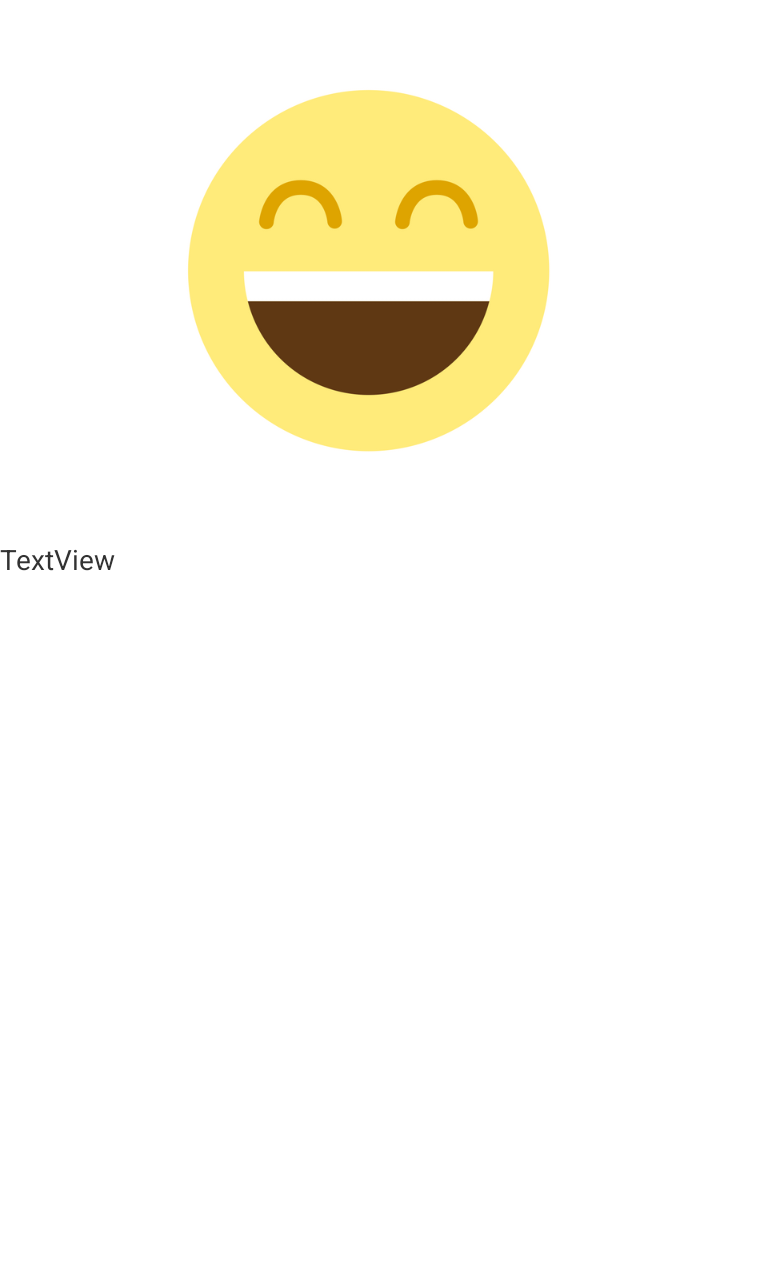
Repository: Rennanxp2/AndroidQuiz
Layout: Quiz Bandeiras Android/Quiz/res/layout/activity_desempenho.xml
An editor plug-in stored every save of this project. The layout is shown before and after the next save, followed by the edit.
It is drawn on a 768 x 1280 px phone screen (xhdpi) without system bars, with theme AppTheme; the app's code is not run.

Above is the layout before, as saved 2017-10-22 02:58:48.

### Quiz Bandeiras Android/Quiz/res/layout/activity_desempenho.xml
<LinearLayout xmlns:android="http://schemas.android.com/apk/res/android"
    xmlns:tools="http://schemas.android.com/tools"
    android:id="@+id/LinearLayout1"
    android:layout_width="match_parent"
    android:layout_height="match_parent"
    android:orientation="vertical"
    tools:context="${relativePackage}.${activityClass}" >

    <LinearLayout
        android:layout_width="match_parent"
        android:layout_height="wrap_content"
        android:orientation="vertical" >

        <ImageView
            android:id="@+id/imageView1"
            android:layout_width="wrap_content"
            android:layout_height="270dp"
            android:src="@drawable/muitobem" />

    </LinearLayout>

    <LinearLayout
        android:layout_width="match_parent"
        android:layout_height="wrap_content"
        android:orientation="vertical" >

        <TextView
            android:id="@+id/textView1"
            android:layout_width="wrap_content"
            android:layout_height="wrap_content"
            android:text="TextView" />

    </LinearLayout>

</LinearLayout>

Loaded but not shown: Quiz Bandeiras Android/Quiz/res/values/styles.xml (common file); Quiz Bandeiras Android/Quiz/res/values-v11/styles.xml (common file); Quiz Bandeiras Android/Quiz/res/values-v14/styles.xml (common file)

After the next save:
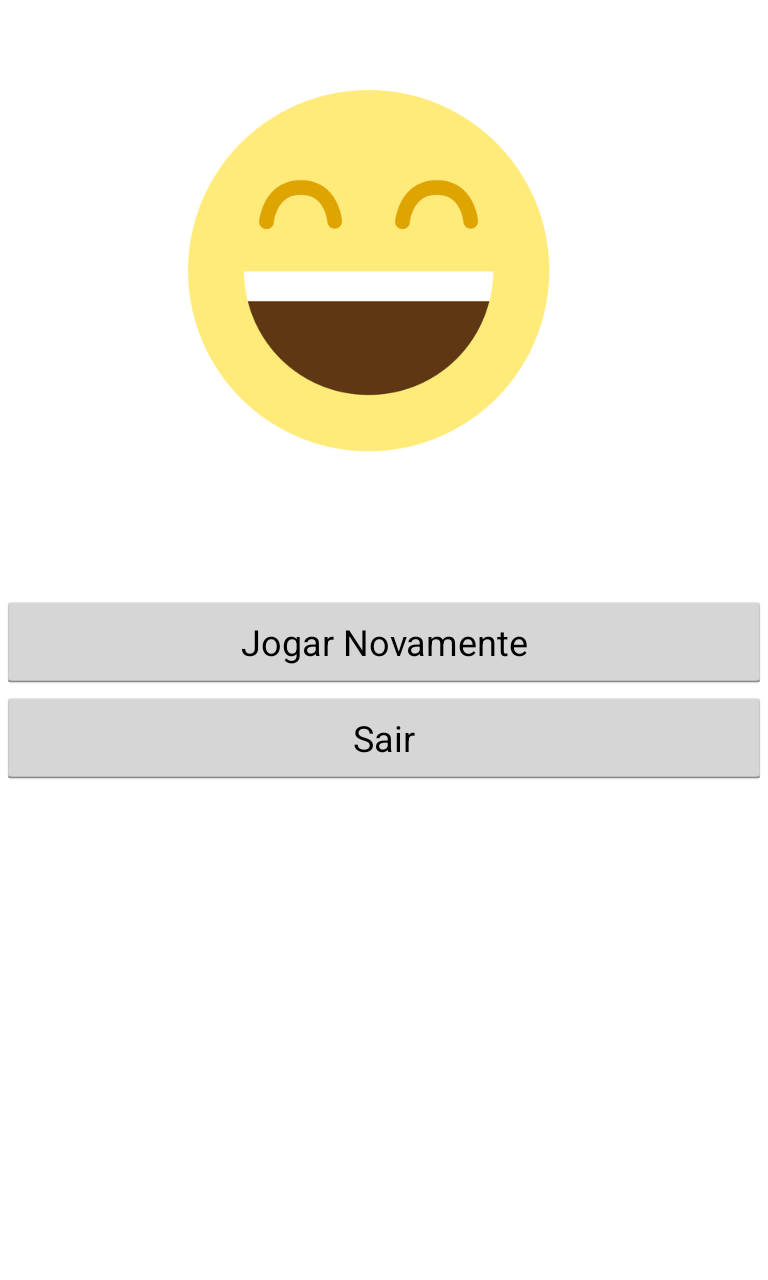
Saved 5 min 2 s later.
--- a/Quiz Bandeiras Android/Quiz/res/layout/activity_desempenho.xml
+++ b/Quiz Bandeiras Android/Quiz/res/layout/activity_desempenho.xml
@@ -16,7 +16,6 @@
             android:layout_width="wrap_content"
             android:layout_height="270dp"
             android:src="@drawable/muitobem" />
-
     </LinearLayout>
 
     <LinearLayout
@@ -25,11 +24,32 @@
         android:orientation="vertical" >
 
         <TextView
-            android:id="@+id/textView1"
+            android:id="@+id/txtDesempenho"
             android:layout_width="wrap_content"
             android:layout_height="wrap_content"
-            android:text="TextView" />
-
+            android:textSize="20sp"
+            android:textStyle="bold" />
     </LinearLayout>
 
+    <RelativeLayout
+        android:layout_width="match_parent"
+        android:layout_height="wrap_content"
+        android:layout_weight="0.61" >
+
+        <Button
+            android:id="@+id/button1"
+            android:layout_width="match_parent"
+            android:layout_height="wrap_content"
+            android:text="Jogar Novamente" />
+
+        <Button
+            android:id="@+id/button2"
+            android:layout_width="match_parent"
+            android:layout_height="wrap_content"
+            android:layout_alignParentLeft="true"
+            android:layout_below="@+id/button1"
+            android:text="Sair" />
+
+    </RelativeLayout>
+
 </LinearLayout>
